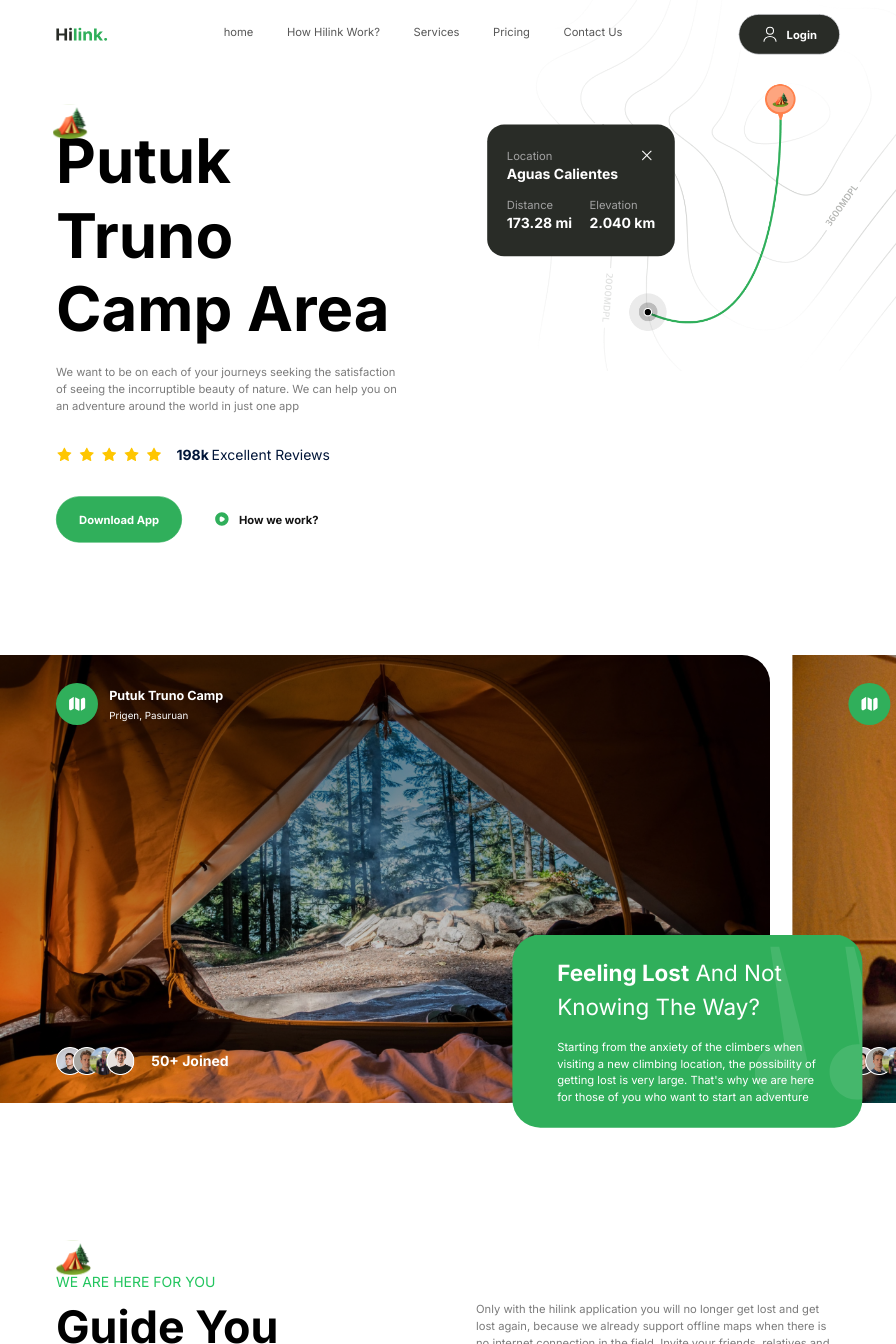
Repository: abdulrahmanmahmood/Travel-App
Page: /
The author's editor kept a copy of each file at every save. The page is drawn from the files as they stood at one save, then again after the next save.
The browser window is 1280 px wide. The pictures show the part of the page from y = 0 to 1920 px (the page is 4955 px tall), at 70% of full size.
The project was rebuilt for these pictures with package versions that can differ from the ones it lists, and the page was loaded fresh each time. The framework's server and built-in components were replaced by stand-ins that run in the browser. Also part of the build but not shown: next.config.js.

Above is the page before, as saved 2023-11-10 10:52:28.

### app/layout.tsx
import './globals.css'
import type { Metadata } from 'next';
import './globals.css'
import Navbar from '@/components/Navbar';
import Footer from '@/components/Footer';


export const metadata: Metadata = {
  title: 'Travel',
  description: 'Travel UI/UX App for camping',
}

export default function RootLayout({
  children,
}: {
  children: React.ReactNode
}) {
  return (
    <html lang="en">
      <body >
        <Navbar/>
        {children}
        <Footer/>
      </body>
    </html>
  )
}

### app/page.tsx
import Features from "@/components/Features"
import GetApp from "@/components/GetApp"
import Guide from "@/components/Guide"
import Hero from "@/components/Hero"
import Camp from "@/components/camp"

export default function Home() {
  return (
    <>
    <Hero/>
    <Camp/>
    <Guide/>
    <Features/>
    <GetApp/>
 </>
  )
}

### components/Navbar.tsx
import { NAV_LINKS } from "@/constants";
import Image from "next/image";
import Link from "next/link";
import Button from "./Button";

const Navbar = () => {
  return (
    <nav
      className=" flexBetween max-container padding-container relative z-30
    py-5"
    >
      <Link href="/">
        <Image src="/hilink-logo.svg" alt="logo" width={74} height={28} />
      </Link>
      <ul className="hidden h-full gap-12 lg:flex">
        {NAV_LINKS.map((link) => (
          <Link
            href={link.href}
            key={link.key}
            className="regular-16 text-gray-50 flexCenter cursor-pointer pb-1.5 transition-all hover:font-bold"
          >
            {link.label}
          </Link>
        ))}
      </ul>
      <div className="lg:flexCenter  hidden ">
        <Button
          type="button"
          title="Login"
          icon="/user.svg"
          variant="btn_dark_green"
        />
      </div>
      <ul className="lg:hidden h-full gap-12 flex flex-col items-center">
        {NAV_LINKS.map((link) => (
          <Link
            href={link.href}
            key={link.key}
            className="regular-16 text-gray-50 flexCenter cursor-pointer pb-1.5 transition-all hover:font-bold"
          >
            {link.label}
          </Link>
        ))}
      </ul>
      <Image
        src="/menu.svg"
        alt="menu"
        width={32}
        height={32}
        className="inline-block cursor-pointer lg:hidden"
      />

    </nav>
  );
};

export default Navbar;

### components/Footer.tsx
import { FOOTER_CONTACT_INFO, FOOTER_LINKS, SOCIALS } from "@/constants";
import Image from "next/image";
import Link from "next/link";
import React from "react";

const Footer = () => {
  return (
    <footer className="flexCenter mb-24 ">
      <div className="padding-container max-container flex w-full flex-col gap-14 ">
        <div className="flex flex-col items-start justify-center gap-[10%] md:flex-row ">
          <Link href="/" className="mb-10">
            <Image src="hilink-logo.svg" alt="logo" width={74} height={29} />
          </Link>
          <div className="flex flex-wrap gap-10 sm:justify-between md:flex-1">
            {FOOTER_LINKS.map((columns) => (
              <FooterColumn title={columns.title}>
                <ul className="regular-14 flex flex-col gap-4 text-gray-30">
                  {columns.links.map((link) => (
                    <Link href="/" key={link}>
                      {link}
                    </Link>
                  ))}
                </ul>
              </FooterColumn>
            ))}

            <div className="flex flex-col gap-5">
                    <FooterColumn title={FOOTER_CONTACT_INFO.title}>
                      {FOOTER_CONTACT_INFO.links.map((link)=>(
                        <Link href='/' key={link.label} className="flex gap-4 md:flex-col lg:flex-row">
                        <p className="whitespace-nowrap">
                          {link.label}:
                        </p>
                        <p className="medium-14 whitespace-nowrap text-blue-70">{link.value}</p>
                        </Link>
                      ))}
                    </FooterColumn>
            </div>
            <div className="flex flex-col gap-5 ">
                      <FooterColumn title={SOCIALS.title}>
                          <ul className="regular-14 flex gap-4 text-gray-30">
                            {SOCIALS.links.map((link)=>(
                              <Link href='link' key={link}>
                                <Image src={link} alt="logo" width={24} height={24}/>
                              </Link>
                            ))}
                          </ul>
                      </FooterColumn>
            </div>
          </div>
        </div>
        <div className="border bg-gray-20 "/>
        <p className="regular-14 w-full text-center text-gray-30">2023 Hilink | All rights reserved</p>
      </div>
    </footer>
  );
};
type FooterColumnProps = {
  title: string;
  children: React.ReactNode;
};

const FooterColumn = ({ title, children }: FooterColumnProps) => {
  return (
    <div className="flex flex-col gap-5 ">
      <h4 className="bold-18 whitespace-nowrap">{title}</h4>
      {children}
    </div>
  );
};

export default Footer;

### components/Features.tsx
import { FEATURES } from "@/constants";
import Image from "next/image";
import { title } from "process";

function Features() {
  return (
    <section className=" flex-col  flexCenter overflow-hidden bg-feature-bg bg-center bg-no-repeat py-24">
      <div className="flex max-container padding-container relative w-full justify-end">
        <div className="flex flex-1 lg:min-h-[900px]">
          <Image
            src="/phone.png"
            alt="phone"
            height={1000}
            width={440}
            className="feature-phone"
          />
        </div>
        <div className="z-20 flex w-full flex-col  lg:w-[60%]">
          <div className="relative ">
            <Image
              src="/camp.svg"
              alt="camp"
              width={50}
              height={50}
              className="absolute top-[-30px] left-[5px] w-10 lg:w-[50px]"
            />
            <h2 className="bold-40 lg:bold-64 -mt-1">Our Features</h2>
          </div>
          <ul className="mt-10 grid gap-10 md:grid-cols-2 lg:mt-20 lg:gap-20 ">
            {FEATURES.map((feature) => (
              <FeatureItem
                key={feature.title}
                icon={feature.icon}
                title={feature.title}
                description={feature.description}
              />
            ))}
          </ul>
        </div>
      </div>
    </section>
  );
}
type FeatureItem = {
  title: string;
  icon: string;
  description: string;
};

const FeatureItem = ({ title, icon, description }: FeatureItem) => {
  return(
  <li className="flex w-full flex-1 flex-col items-start">
    <div className="rounded-full p-4 lg:p-7 bg-green-50">
      <Image src={icon} alt="featureItemImage" width={28} height={28}/>
    </div>
    <h2 className="bold-20 lg:bold-32  mt-5 capitalize">{title}</h2>
    <p className="regular-16 mt-5 bg-white/80 text-gray-30 lg:mt-[30px] lg:bg-none">{description}</p>
  </li>)
};

export default Features;

### components/GetApp.tsx
import Image from "next/image";
import Button from "./Button";

function GetApp() {
  return (
    <section className="flexCenter w-full flex-col pb-[100px]">
      <div className="get-app">
        <div className=" z-20 flex w-full flex-1 flex-col items-start justify-center gap-12">
          <h2 className="bold-40 lg:bold-64 xl:max-w-[320px]">
            Get for free now!{" "}
          </h2>
          <p className="regular-16 text-gray-10">
            Available on iOS and Android
          </p>
          <div className="flex w-full flex-col gap-3 whitespace-nowrap xl:flex-row">
            <Button
              type="button"
              title="App Store"
              variant="btn_white"
              icon="/apple.svg"
              full
            />
            <Button
              type="button"
              title="Play Store "
              variant="btn_dark_green_outline"
              icon="/android.svg"
              full
            />
          </div>
        </div>
        <div className="flex flex-1 items-center justify-end">
          <Image src='/phones.png' alt="phones" width={550} height={870}/>
        </div>
      </div>
    </section>
  );
}

export default GetApp;

### components/Guide.tsx
import Image from "next/image";

function Guide() {
  return (
    <section className="flexCenter flex-col">
      <div className=" padding-container max-container w-full pb-24  ">
        <Image src="/camp.svg" alt="camp" width={50} height={50} />
        <p className="uppercase text-xl bold text-green-500 -mt-1 mb-3 ">
          WE ARE here FOR YOU
        </p>
        <div className="flex flex-wrap justify-between gap-5 lg:gap-10">
          <h2 className="capitalize  bold-40 lg:bold-64 xl:max-w-[390px]">
            Guide You to Easy Path
          </h2>
          <p className=" regular-16 text-gray-30 xl:max-w-[520px]">
            Only with the hilink application you will no longer get lost and get
            lost again, because we already support offline maps when there is no
            internet connection in the field. Invite your friends, relatives and
            friends to have fun in the wilderness through the valley and reach
            the top of the mountain
          </p>
        </div>
      </div>
      <div className=" flexCenter max-container relative w-full ">
        <Image
          src="/boat.png"
          alt="image"
          width={1440}
          height={580}
          className="w-full object-cover object-center 2xl:rounded-5"
        />
        <div className="absolute flex bg-white py-8 pl-5 pr-7 gap-3 rounded-3xl border shadow-md md:left-[5%] lg:top-20">
          <Image src='/meter.svg' alt="meter" width={15} height={158} className="h-full w-auto"/>
          <div className="flexBetween flex-col ">
            <div className="flex w-full flex-col">
              <div className="flexBetween w-full ">
                <p className="regular-16 text-gray-500">Destination</p>
                <p className="bold-16 text-green-50">48 min</p>
              </div>
              <p className="bold-20 mt-2 mb-2 ">Aguas Calientes</p>
            </div>
            <div className="flex w-full flex-col">
              <p className="regular-16 text-gray-500 mt-4">Start track</p>
              <h4 className="bold-20 mt-2 whitespace-nowrap">Wonorejo Pasuruan</h4>
            </div>
          I</div>
        </div>
      </div>
    </section>
  );
}

export default Guide;

### components/Hero.tsx
import Image from "next/image";
import Button from "./Button";

function Hero() {
  return (
    <section className="max-container padding-container flex flex-col gap-20 py-10 pb-32 md:gap-28 lg:py-20 xl:flex-row">
      {/* LEFT */}
      <div className="hero-map " />

      <div className="relative z-20 flex flex-1 flex-col xl:w-1/2">
        <Image
          src="/camp.svg"
          alt="camp"
          width={50}
          height={50}
          className="absolute left-[-5px] top-[-30px] w-10 lg:w-[50px]"
        />
        <h1 className="bold-52 lg:bold-88">Putuk Truno Camp Area</h1>
        <p className="regular-16 mt-6 text-gray-30 xl:max-w-[520px]">
          We want to be on each of your journeys seeking the satisfaction of
          seeing the incorruptible beauty of nature. We can help you on an
          adventure around the world in just one app
        </p>
        <div className="my-11 flex flex-wrap gap-5">
          <div className="flex items-center gap-2">
            {Array(5)
              .fill(1)
              .map((_, index) => (
                <Image
                  key={index}
                  src="/star.svg"
                  alt="star"
                  width={24}
                  height={24}
                />
              ))}
          </div>
          <p className="bold-16 lg:bold-20 text-blue-70">
            198k
            <span className="regular-16 lg:regular-20 ml-1 ">
              Excellent Reviews
            </span>
          </p>
        </div>
        <div className="flex flex-col w-full gap-3 sm:flex-row">
          <Button
            type={"button"}
            title={"Download App"}
            variant={"btn_green"}
          />
          <Button
            type={"button"}
            title={"How we work?"}
            variant={"btn_white_text"}
            icon="/play.svg"
          />
        </div>
      </div>

      <div className="relative flex flex-1 items-start ">
        <div className="relative z-20 w-[268px] flex-col gap-8 rounded-3xl bg-green-90 px-7 py-8">
          <div className="fle flex-col">
            <div className="flexBetween">
              <p className="regular-16 text-gray-20">Location</p>
              <Image src="/close.svg" alt="close" width={24} height={24} />
            </div>
            <p className="bold-20 text-white">Aguas Calientes</p>
          </div>

          <div className="flexBetween  pt-4">
            <div className="flex flex-col">
              <p className="regular-16 block text-gray-20">Distance</p>
              <p className="bold-20 text-white">173.28 mi</p>
            </div>
            <div className="flex flex-col">
              <p className="regular-16 block text-gray-20">Elevation</p>
              <p className="bold-20 text-white">2.040 km</p>
            </div>
          </div>
        </div>
      </div>
    </section>
  );
}

export default Hero;

### constants/index.ts
export const NAV_LINKS = [
  {href:"/", key:"home", label:"home"},
  { href: '/', key: 'how_hilink_work', label: 'How Hilink Work?' },
  { href: '/', key: 'services', label: 'Services' },
  { href: '/', key: 'pricing ', label: 'Pricing ' },
  { href: '/', key: 'contact_us', label: 'Contact Us' },
]

export const PEOPLE_URL = [
  '/person-1.png',
  '/person-2.png',
  '/acpc-modified (1).png',
  '/person-4.png',
];


export const FEATURES = [
  {
    title: 'Real maps can be offline',
    icon: '/map.svg',
    variant: 'green',
    description:
      'We provide a solution for you to be able to use our application when climbing, yes offline maps you can use at any time there is no signal at the location',
  },
  {
    title: 'Set an adventure schedule',
    icon: '/calendar.svg',
    variant: 'green',
    description:
      "Schedule an adventure with friends. On holidays, there are many interesting offers from Hilink. That way, there's no more discussion",
  },
  {
    title: 'Technology using augment reality',
    icon: '/tech.svg',
    variant: 'green',
    description:
      'Technology uses augmented reality as a guide to your hiking trail in the forest to the top of the mountain. Already supported by the latest technology without an internet connection',
  },
  {
    title: 'Many new locations every month',
    icon: '/location.svg',
    variant: 'orange',
    description:
      'Lots of new locations every month, because we have a worldwide community of climbers who share their best experiences with climbing',
  },
];


export const FOOTER_LINKS = [
  {
    title: 'Learn More',
    links: [
      'About Hilink',
      'Press Releases',
      'Environment',
      'Jobs',
      'Privacy Policy',
      'Contact Us',
    ],
  },
  {
    title: 'Our Community',
    links: ['Climbing xixixi', 'Hiking hilink', 'Hilink kinthill'],
  },
];

export const FOOTER_CONTACT_INFO = {
  title: 'Contact Us',
  links: [
    { label: 'Admin Officer', value: '123-456-7890' },
    { label: 'Email Officer', value: 'hilink@akinthil.com' },
  ],
};

export const SOCIALS = {
  title: 'Social',
  links: [
    '/facebook.svg',
    '/instagram.svg',
    '/twitter.svg',
    '/youtube.svg',
    '/wordpress.svg',
  ],
};

### components/Button.tsx
import Image from "next/image";

type ButtonProps = {
  type: "button" | "submit";
  title: string;
  icon?: string;
  variant: string;
  full?:boolean;
};

function Button({ type, title, icon, variant, full }: ButtonProps) {
  return (
    <button
      type={type}
      className={`flexCenter gap-3 rounded-full border ${variant} ${full && 'w-full'}`}
    >
      {icon && <Image src={icon} alt={title} width={24} height={24} />}
      <label className="bold-16 whitespace-nowrap cursor-pointer">{title}</label>
    </button>
  );
}

export default Button;

Loaded but not shown: tailwind.config.ts (common file); components/camp.tsx (97 lines, source omitted); app/globals.css (157 lines, source omitted)

After the next save:
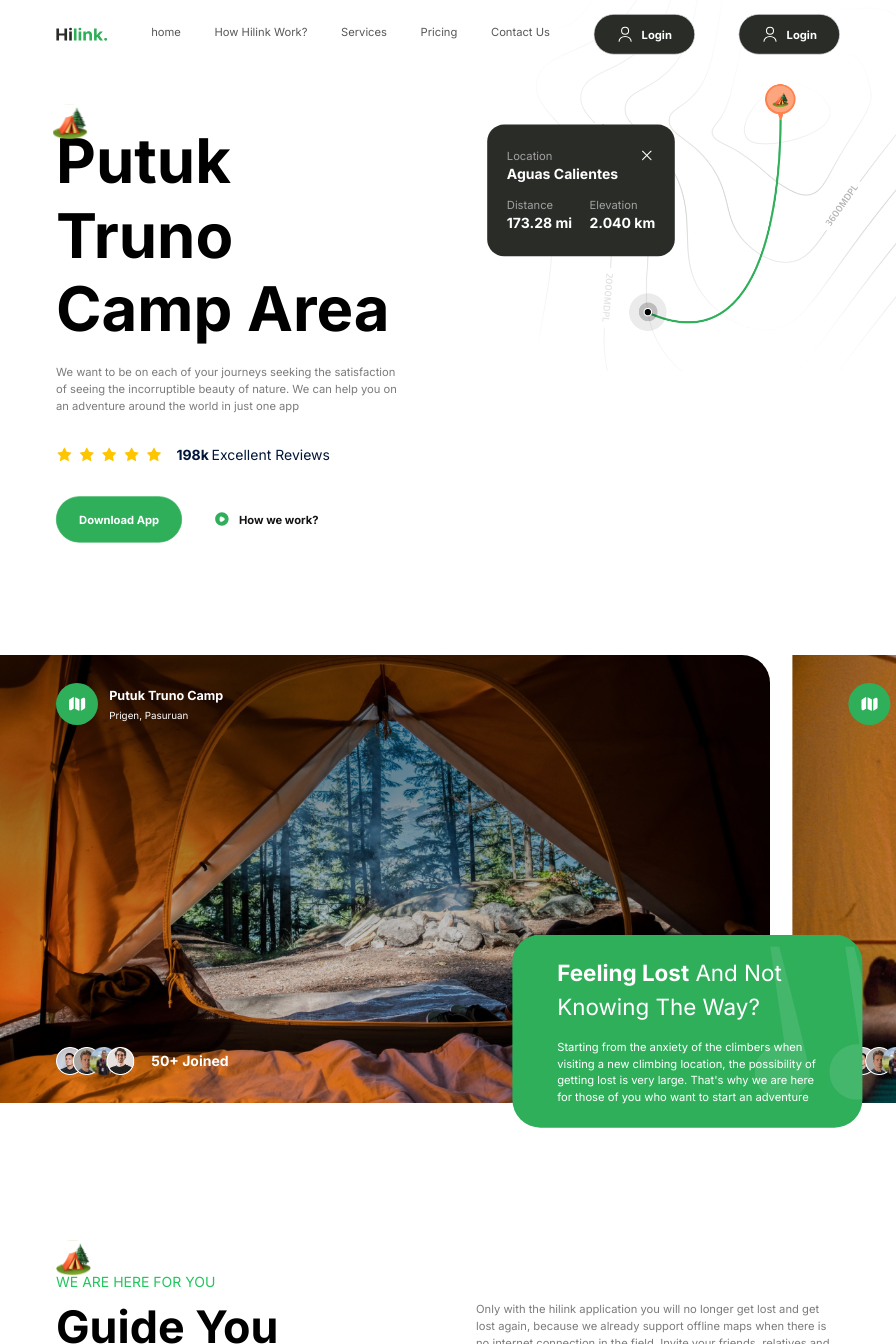
Saved 14 s later.
--- a/components/Navbar.tsx
+++ b/components/Navbar.tsx
@@ -42,6 +42,14 @@
           </Link>
         ))}
       </ul>
+      <div className="lg:flexCenter  hidden ">
+        <Button
+          type="button"
+          title="Login"
+          icon="/user.svg"
+          variant="btn_dark_green"
+        />
+      </div>
       <Image
         src="/menu.svg"
         alt="menu"

After the 5 saves that followed:
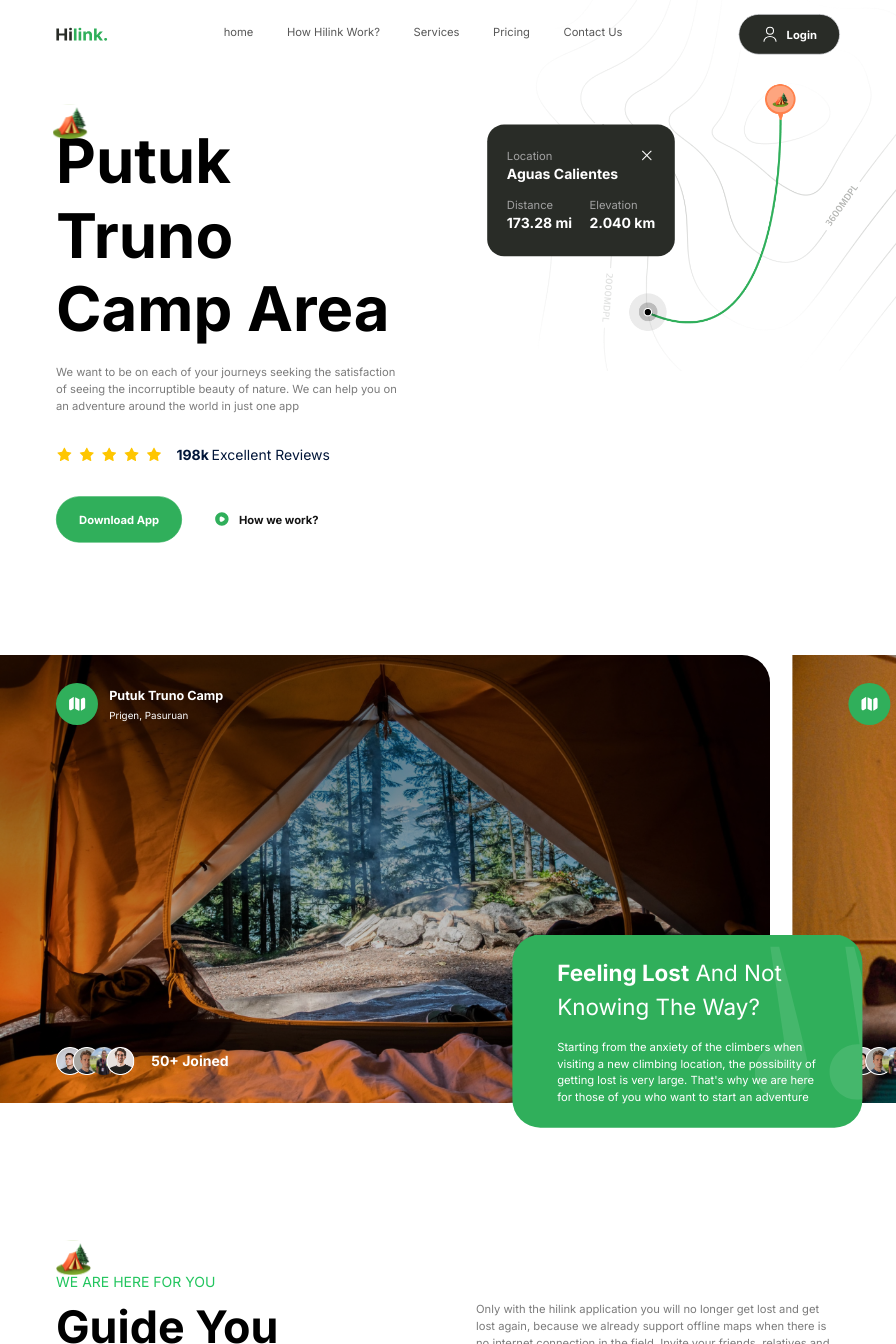
The 5 saves are shown as one change because 3 left the picture as it was and some came seconds apart.
The last was saved 38 s later.
--- a/components/Navbar.tsx
+++ b/components/Navbar.tsx
@@ -41,8 +41,7 @@
             {link.label}
           </Link>
         ))}
-      </ul>
-      <div className="lg:flexCenter  hidden ">
+              <div className="lg:flexCenter   ">
         <Button
           type="button"
           title="Login"
@@ -50,6 +49,8 @@
           variant="btn_dark_green"
         />
       </div>
+      </ul>
+
       <Image
         src="/menu.svg"
         alt="menu"
